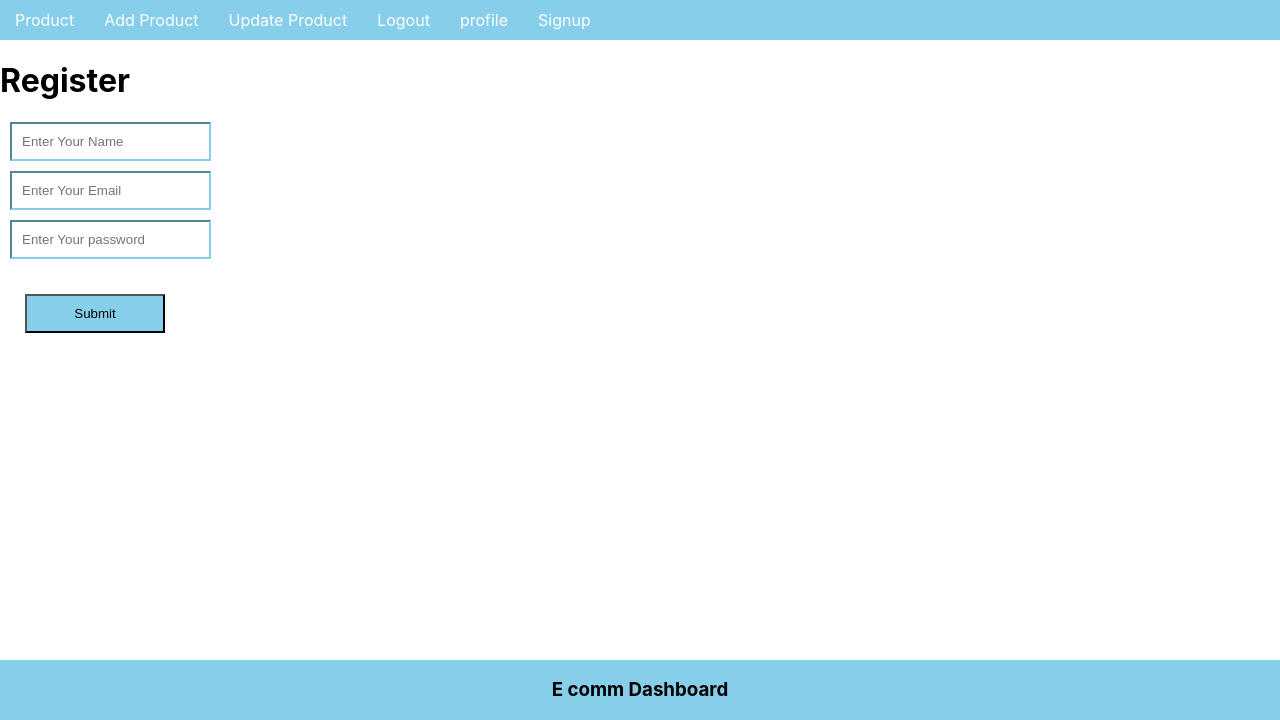
Repository: ShahbazGurmani/react-code-e-dashboard
Page: /signup
The author's editor kept a copy of each file at every save. The page is drawn from the files as they stood at one save, then again after the next save.
The browser window is 1280 px wide. The pictures show the whole page.
The project was rebuilt for these pictures with package versions that can differ from the ones it lists, and the page was loaded fresh each time.

Above is the page before, as saved 2023-08-23 22:29:05.

After the next save:
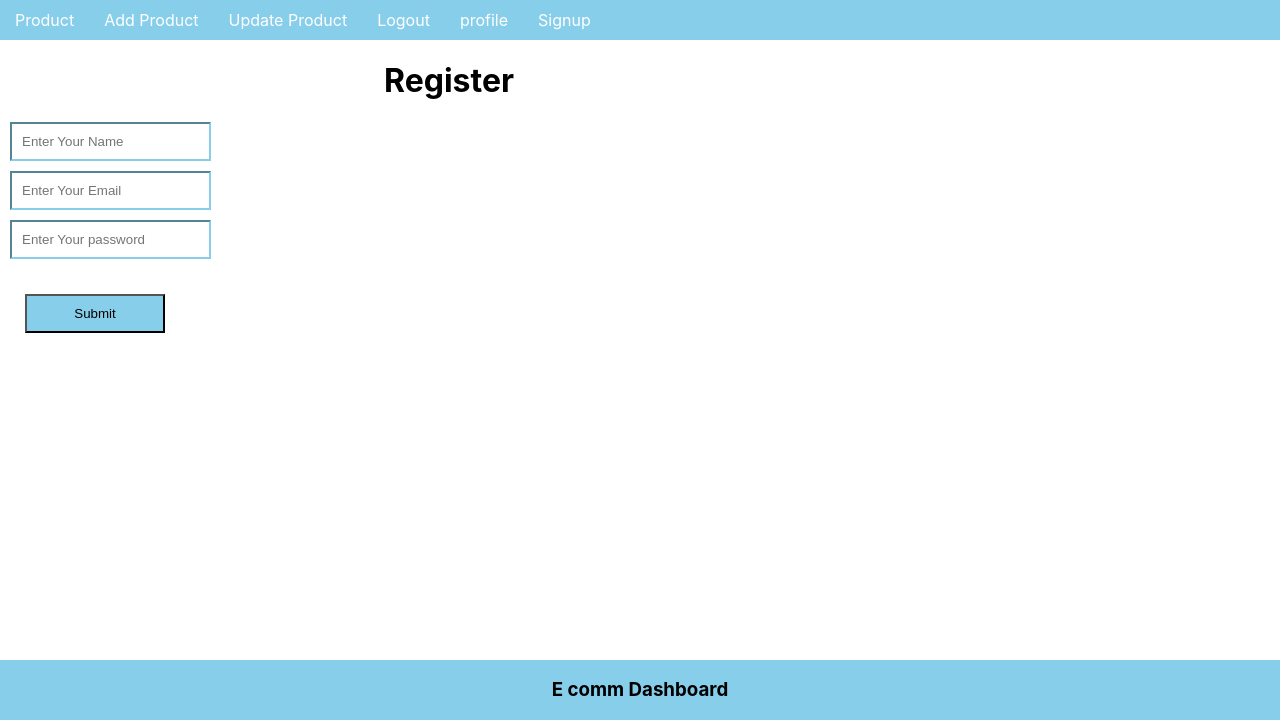
Saved 35 s later.
--- a/src/components/Signup.js
+++ b/src/components/Signup.js
@@ -3,7 +3,7 @@ import React from "react";
 const Signup = ()=>{
     return (
         <div>
-            <h1>Register</h1>
+            <h1 className="register">Register</h1>
             <input className="inputBox" type="text" placeholder="Enter Your Name"/>
             <input className="inputBox"  type="text" placeholder="Enter Your Email"/>
             <input className="inputBox" type="password" placeholder="Enter Your password"/>
